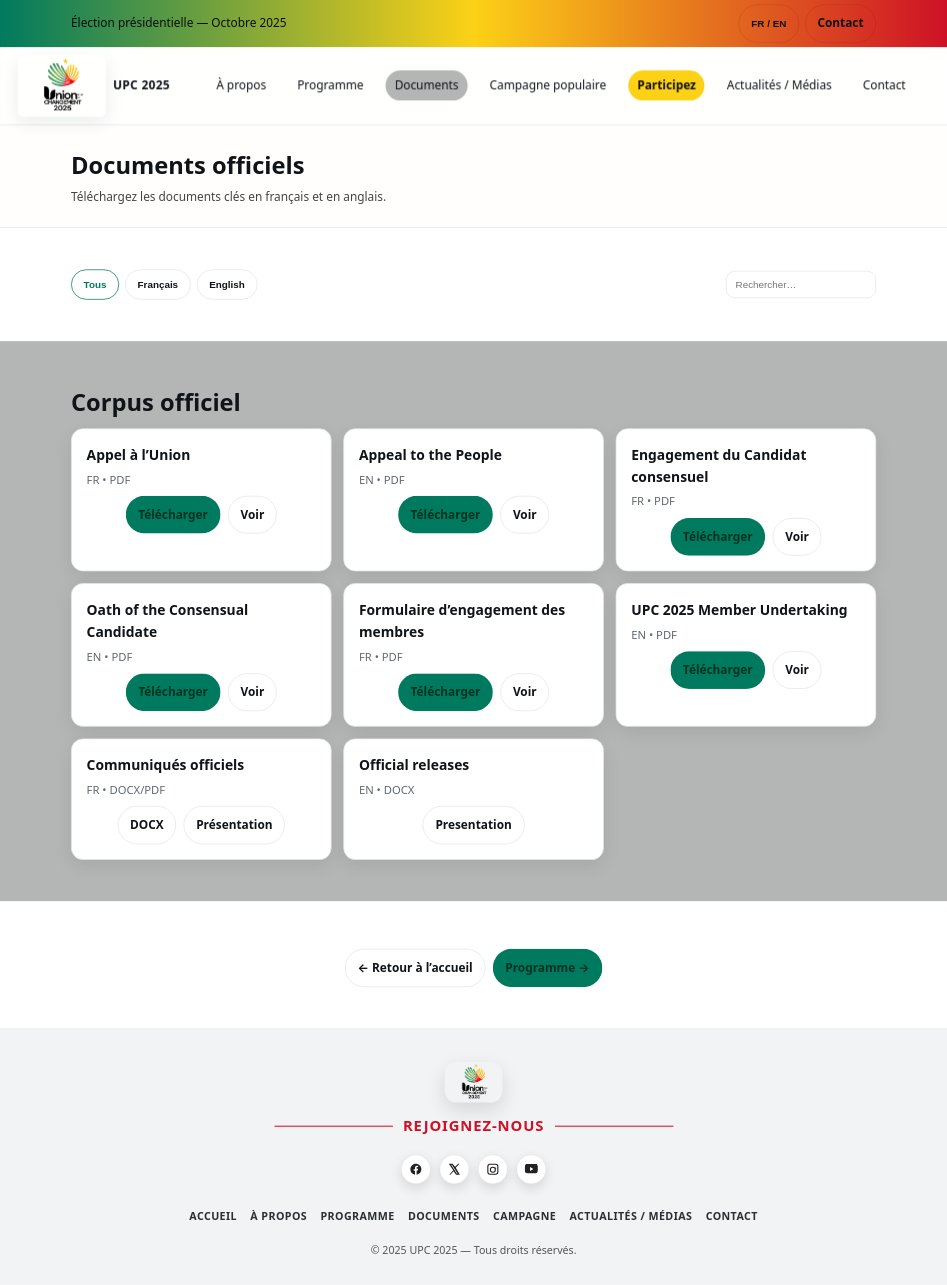
Repository: Kishny/upc2025
Page: documents.html
These files come from the project's save history. The page is drawn as it stood at one moment and after the next save; the edit follows.
The browser window is 1280 px wide. The pictures show the whole page, at 74% of full size.

Above is the page before, as saved 2025-09-11 11:31:47.

### documents.html
<!DOCTYPE html>
<html lang="fr">
  <head>
    <meta charset="utf-8" />
    <meta name="viewport" content="width=device-width,initial-scale=1" />
    <title>Documents officiels — UPC 2025</title>
    <meta
      name="description"
      content="Appel à l’Union, Engagement du candidat consensuel, Engagement des membres, autres communiqués officiels — FR & EN."
    />
    <link rel="preload" href="assets/css/styles.css" as="style" />
    <link rel="stylesheet" href="assets/css/styles.css" />
    <link rel="icon" href="assets/img/logo.png" />
    <meta property="og:title" content="Documents officiels — UPC 2025" />
    <meta
      property="og:description"
      content="Téléchargez les documents officiels de l’UPC 2025 en français et en anglais."
    />
    <meta name="theme-color" content="#007A5E" />
  </head>
  <body>
    <!-- Topbar -->
    <div class="topbar">
      <div class="container">
        <span class="topbar__msg" data-i18n="topbar_msg"
          >Élection présidentielle — Octobre 2025</span
        >
        <div class="topbar__actions">
          <button
            id="langToggle"
            class="btn btn--ghost"
            aria-label="Toggle language"
          >
            FR / EN
          </button>
          <a class="btn btn--ghost" href="contact.html" data-i18n="contact"
            >Contact</a
          >
        </div>
      </div>
    </div>

    <!-- Header -->
    <header class="header">
      <div class="container header__inner">
        <a href="index.html" class="brand">
          <img src="assets/img/logo.png" alt="UPC 2025" class="brand__logo" />
          <span class="brand__title">UPC 2025</span>
        </a>
        <nav id="nav" class="nav" aria-label="Navigation principale">
          <a href="a-propos.html" data-i18n="nav_about">À propos</a>
          <a href="programme.html" data-i18n="nav_program">Programme</a>
          <a href="documents.html" class="active" data-i18n="nav_docs"
            >Documents officiels</a
          >
          <a href="campagne-populaire.html" data-i18n="nav_campaign"
            >Campagne populaire</a
          >
          <a href="participez.html" class="nav__cta" data-i18n="nav_join"
            >Participez</a
          >
          <a href="actualites-medias.html" data-i18n="nav_news_media"
            >Actualités / Médias</a
          >
          <a href="contact.html" data-i18n="contact">Contact</a>
        </nav>
        <button id="burger" class="burger" aria-label="Menu">
          <span></span><span></span><span></span>
        </button>
      </div>
    </header>

    <!-- En-tête page -->
    <section class="page-hero">
      <div class="container">
        <h1 data-i18n="docs_page_title">Documents officiels</h1>
        <p class="page-hero__lead" data-i18n="docs_page_lead">
          Téléchargez les documents clés en français et en anglais.
        </p>
      </div>
    </section>

    <!-- Filtres -->
    <section class="section">
      <div class="container">
        <div class="doc-filters">
          <div class="doc-filters__btns">
            <button
              class="btn btn--outline docfilter active"
              data-filter="all"
              data-i18n="filter_all"
            >
              Tous
            </button>
            <button
              class="btn btn--outline docfilter"
              data-filter="fr"
              data-i18n="filter_fr"
            >
              Français
            </button>
            <button
              class="btn btn--outline docfilter"
              data-filter="en"
              data-i18n="filter_en"
            >
              English
            </button>
          </div>
          <input
            id="docSearch"
            type="search"
            class="doc-filters__search"
            placeholder="Rechercher…"
            aria-label="Rechercher"
          />
        </div>
      </div>
    </section>

    <!-- Liste des documents -->
    <section class="section section--alt">
      <div class="container">
        <h2 data-i18n="docs_groups_title">Corpus officiel</h2>

        <div class="cards" id="docList">
          <!-- Appel à l’Union -->
          <article class="card doc" data-lang="fr" data-title="Appel à l’Union">
            <h3>Appel à l’Union</h3>
            <p class="doc__meta">FR • PDF</p>
            <div class="hero__cta">
              <a
                href="docs/Appel a l'Union pour le Changement en 2025.pdf"
                target="_blank"
                rel="noopener"
                class="btn btn--primary"
                data-i18n="btn_download"
                >Télécharger</a
              >
              <a
                href="docs/Appel a l'Union pour le Changement en 2025.pdf"
                target="_blank"
                rel="noopener"
                class="btn btn--outline"
                data-i18n="btn_view"
                >Voir</a
              >
            </div>
          </article>

          <article
            class="card doc"
            data-lang="en"
            data-title="Appeal to the People"
          >
            <h3>Appeal to the People</h3>
            <p class="doc__meta">EN • PDF</p>
            <div class="hero__cta">
              <a
                href="docs/UPC 2025 Appeal to the People.pdf"
                target="_blank"
                rel="noopener"
                class="btn btn--primary"
                data-i18n="btn_download"
                >Download</a
              >
              <a
                href="docs/UPC 2025 Appeal to the People.pdf"
                target="_blank"
                rel="noopener"
                class="btn btn--outline"
                data-i18n="btn_view"
                >View</a
              >
            </div>
          </article>

          <!-- Engagement du Candidat -->
          <article
            class="card doc"
            data-lang="fr"
            data-title="Engagement du Candidat"
          >
            <h3>Engagement du Candidat consensuel</h3>
            <p class="doc__meta">FR • PDF</p>
            <div class="hero__cta">
              <a
                href="docs/Engagement du Candidat Consensuel.pdf"
                target="_blank"
                rel="noopener"
                class="btn btn--primary"
                data-i18n="btn_download"
                >Télécharger</a
              >
              <a
                href="docs/Engagement du Candidat Consensuel.pdf"
                target="_blank"
                rel="noopener"
                class="btn btn--outline"
                data-i18n="btn_view"
                >Voir</a
              >
            </div>
          </article>

          <article class="card doc" data-lang="en" data-title="Candidate Oath">
            <h3>Oath of the Consensual Candidate</h3>
            <p class="doc__meta">EN • PDF</p>
            <div class="hero__cta">
              <a
                href="docs/UPC 2025 Oath of the Consensual Candidate.pdf"
                target="_blank"
                rel="noopener"
                class="btn btn--primary"
                data-i18n="btn_download"
                >Download</a
              >
              <a
                href="docs/UPC 2025 Oath of the Consensual Candidate.pdf"
                target="_blank"
                rel="noopener"
                class="btn btn--outline"
                data-i18n="btn_view"
                >View</a
              >
            </div>
          </article>

          <!-- Engagement des membres -->
          <article
            class="card doc"
            data-lang="fr"
            data-title="Engagement des membres"
          >
            <h3>Formulaire d’engagement des membres</h3>
            <p class="doc__meta">FR • PDF</p>
            <div class="hero__cta">
              <a
                href="docs/Engagement des membres de l'UPC 2025.pdf"
                target="_blank"
                rel="noopener"
                class="btn btn--primary"
                data-i18n="btn_download"
                >Télécharger</a
              >
              <a
                href="docs/Engagement des membres de l'UPC 2025.pdf"
                target="_blank"
                rel="noopener"
                class="btn btn--outline"
                data-i18n="btn_view"
                >Voir</a
              >
            </div>
          </article>

          <article
            class="card doc"
            data-lang="en"
            data-title="Member Undertaking"
          >
            <h3>UPC 2025 Member Undertaking</h3>
            <p class="doc__meta">EN • PDF</p>
            <div class="hero__cta">
              <a
                href="docs/UPC 2025 Member undertaking.pdf"
                target="_blank"
                rel="noopener"
                class="btn btn--primary"
                data-i18n="btn_download"
                >Download</a
              >
              <a
                href="docs/UPC 2025 Member undertaking.pdf"
                target="_blank"
                rel="noopener"
                class="btn btn--outline"
                data-i18n="btn_view"
                >View</a
              >
            </div>
          </article>

          <!-- Autres communiqués -->
          <article
            class="card doc"
            data-lang="fr"
            data-title="Communiqués officiels"
          >
            <h3>Communiqués officiels</h3>
            <p class="doc__meta">FR • DOCX/PDF</p>
            <div class="hero__cta">
              <a href="docs/Appel UPC 2025 V2.docx" class="btn btn--outline"
                >DOCX</a
              >
              <a href="docs/Presentation UPC 2025.docx" class="btn btn--outline"
                >Présentation</a
              >
            </div>
          </article>

          <article
            class="card doc"
            data-lang="en"
            data-title="Official releases"
          >
            <h3>Official releases</h3>
            <p class="doc__meta">EN • DOCX</p>
            <div class="hero__cta">
              <a
                href="docs/Presentation UPC 2025 English.docx"
                class="btn btn--outline"
                >Presentation</a
              >
            </div>
          </article>
        </div>
      </div>
    </section>

    <!-- Navigation -->
    <section class="section">
      <div class="container hero__cta">
        <a href="index.html" class="btn btn--outline" data-i18n="back_home"
          >← Retour à l’accueil</a
        >
        <a href="programme.html" class="btn btn--primary">Programme →</a>
      </div>
    </section>

    <!-- Footer -->
    <footer class="footer footer--clean">
      <div class="container footer__wrap">
        <!-- Logo -->
        <img src="assets/img/logo.png" alt="UPC 2025" class="footer__logo" />

        <!-- Titre + lignes -->
        <div class="footer__titleline">
          <span class="footer__line"></span>
          <h3 class="footer__title">REJOIGNEZ-NOUS</h3>
          <span class="footer__line"></span>
        </div>

        <!-- Réseaux -->
        <ul class="footer__socials">
          <li>
            <a class="sbtn" href="#" aria-label="Facebook" title="Facebook">
              <!-- FB SVG -->
              <svg
                viewBox="0 0 24 24"
                width="18"
                height="18"
                fill="currentColor"
                aria-hidden="true"
              >
                <path
                  d="M22 12.06C22 6.49 17.52 2 12 2S2 6.49 2 12.06c0 5.02 3.66 9.18 8.44 9.94v-7.03H8.08v-2.9h2.36V9.41c0-2.33 1.39-3.61 3.52-3.61.99 0 2.02.18 2.02.18v2.23h-1.14c-1.12 0-1.47.7-1.47 1.42v1.71h2.5l-.4 2.9h-2.1V22c4.78-.76 8.44-4.92 8.44-9.94z"
                />
              </svg>
            </a>
          </li>
          <li>
            <a class="sbtn" href="#" aria-label="X / Twitter" title="X">
              <!-- X SVG -->
              <svg
                viewBox="0 0 24 24"
                width="18"
                height="18"
                fill="currentColor"
                aria-hidden="true"
              >
                <path
                  d="M18.9 2H21l-6.47 7.39L22 22h-6.86l-4.69-6.12L4.9 22H3l6.92-7.91L2 2h6.97l4.27 5.73L18.9 2zm-2.41 18h1.35L7.63 4H6.2l10.29 16z"
                />
              </svg>
            </a>
          </li>
          <li>
            <a class="sbtn" href="#" aria-label="Instagram" title="Instagram">
              <!-- IG SVG -->
              <svg
                viewBox="0 0 24 24"
                width="18"
                height="18"
                fill="currentColor"
                aria-hidden="true"
              >
                <path
                  d="M7 2h10a5 5 0 0 1 5 5v10a5 5 0 0 1-5 5H7a5 5 0 0 1-5-5V7a5 5 0 0 1 5-5zm0 2a3 3 0 0 0-3 3v10a3 3 0 0 0 3 3h10a3 3 0 0 0 3-3V7a3 3 0 0 0-3-3H7zm5 3.5a5.5 5.5 0 1 1 0 11 5.5 5.5 0 0 1 0-11zm0 2a3.5 3.5 0 1 0 0 7 3.5 3.5 0 0 0 0-7zm5.25-.75a1 1 0 1 1 0 2 1 1 0 0 1 0-2z"
                />
              </svg>
            </a>
          </li>
          <li>
            <a class="sbtn" href="#" aria-label="YouTube" title="YouTube">
              <!-- YT SVG -->
              <svg
                viewBox="0 0 24 24"
                width="18"
                height="18"
                fill="currentColor"
                aria-hidden="true"
              >
                <path
                  d="M23.5 6.2s-.23-1.64-.94-2.35c-.9-.94-1.9-.95-2.36-1C16.5 2.5 12 2.5 12 2.5h0s-4.5 0-8.2.35c-.46.06-1.46.06-2.36 1C.73 4.55.5 6.2.5 6.2S.25 8.1.25 10v1.99c0 1.9.25 3.8.25 3.8s.23 1.64.94 2.35c.9.94 2.09.91 2.62 1.02C6.14 19.4 12 19.5 12 19.5s4.5 0 8.2-.35c.46-.06 1.46-.06 2.36-1 .71-.71.94-2.35.94-2.35s.25-1.9.25-3.8V10c0-1.9-.25-3.8-.25-3.8zM9.75 15.02V7.98l6.01 3.52-6.01 3.52z"
                />
              </svg>
            </a>
          </li>
        </ul>

        <!-- Navigation -->
        <nav class="footer__nav">
          <a href="index.html">Accueil</a>
          <a href="a-propos.html">À propos</a>
          <a href="programme.html">Programme</a>
          <a href="documents-officiels.html">Documents</a>
          <a href="campagne-populaire.html">Campagne</a>
          <a href="actualites-medias.html">Actualités / Médias</a>
          <a href="contact.html">Contact</a>
        </nav>

        <!-- Copyright -->
        <small class="footer__copy">
          © <span id="year"></span> UPC 2025 — Tous droits réservés.
        </small>
      </div>
    </footer>

    <script src="assets/js/app.js" defer></script>
  </body>
</html>

Loaded but not shown: assets/js/app.js (756 lines, source omitted); assets/css/styles.css (880 lines, source omitted)

After the next save:
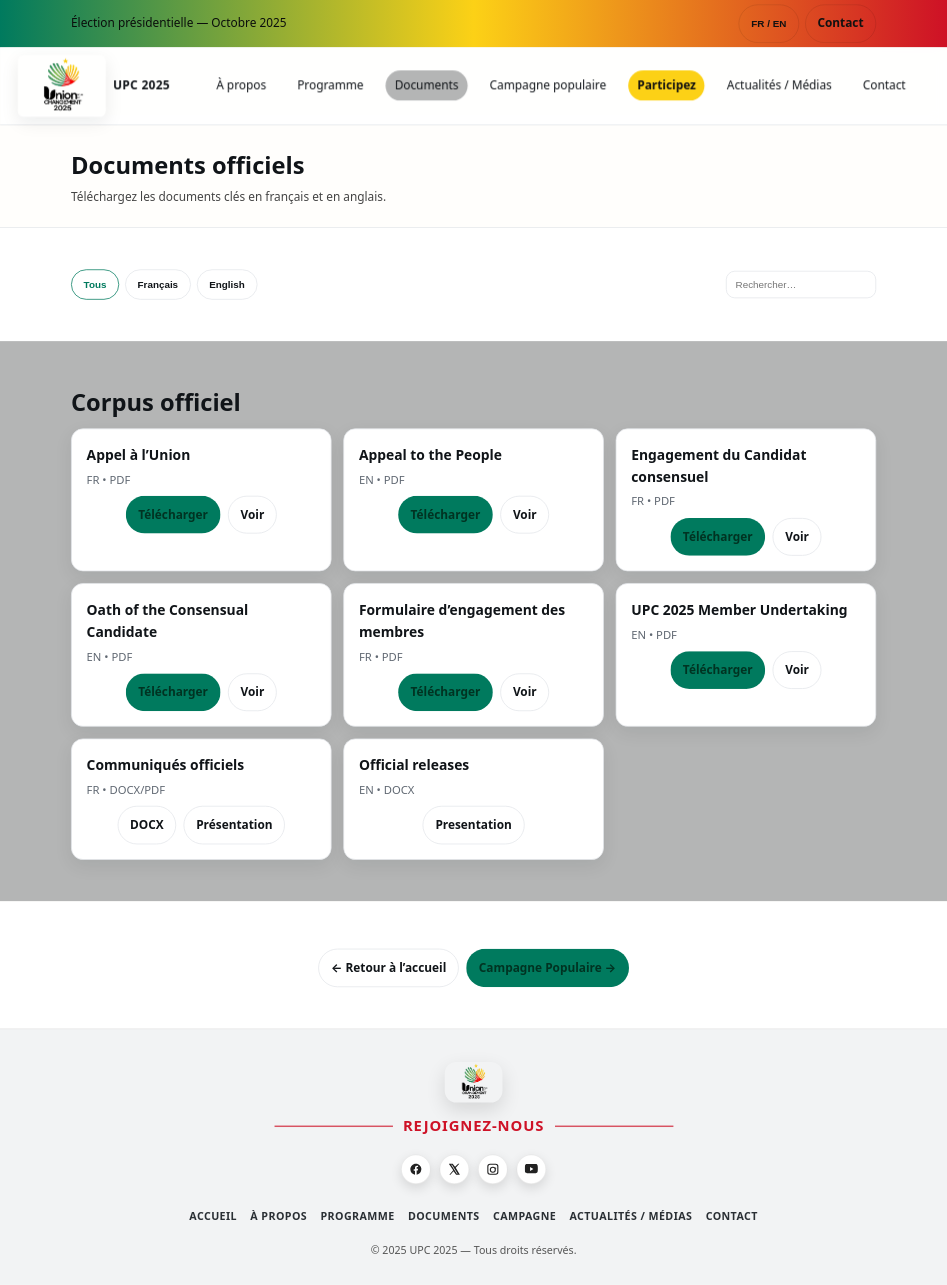
Saved 88 s later.
--- a/documents.html
+++ b/documents.html
@@ -324,7 +324,9 @@
         <a href="index.html" class="btn btn--outline" data-i18n="back_home"
           >← Retour à l’accueil</a
         >
-        <a href="programme.html" class="btn btn--primary">Programme →</a>
+        <a href="campagne-populaire.html" class="btn btn--primary"
+          >Campagne Populaire →</a
+        >
       </div>
     </section>
 
